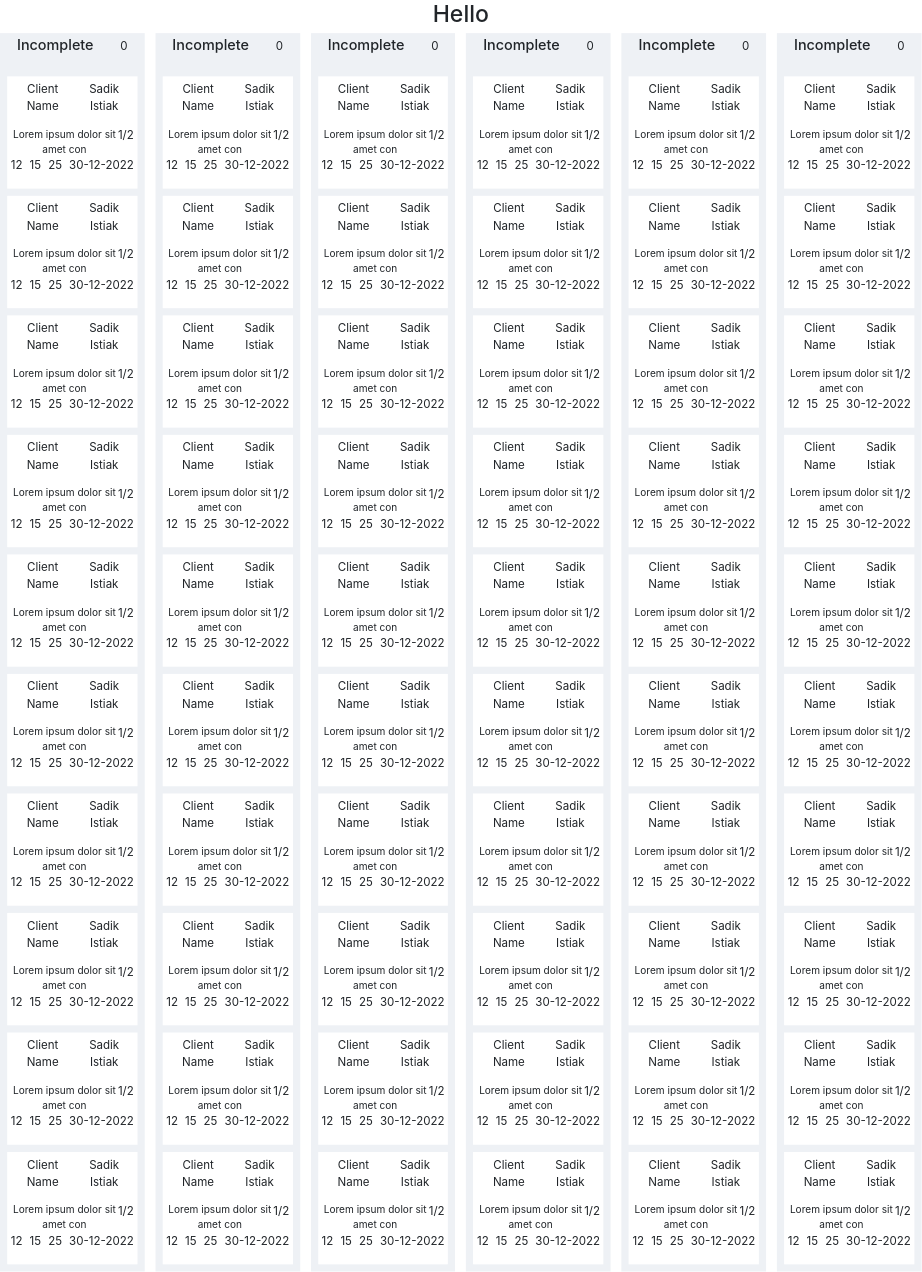
Repository: Sharif-00112/dashboard-task-frontend
Page: /
The author's editor kept a copy of each file at every save. The page is drawn from the files as they stood at one save, then again after the next save.
The browser window is 1280 px wide. The pictures show the whole page, at 72% of full size.
The project was rebuilt for these pictures with package versions that can differ from the ones it lists, and the page was loaded fresh each time.

Above is the page before, as saved 2023-01-28 20:44:32.

### src/index.js
import React from 'react';
import 'bootstrap/dist/css/bootstrap.css';
import ReactDOM from 'react-dom/client';
import './index.css';
import App from './App';
import reportWebVitals from './reportWebVitals';

const root = ReactDOM.createRoot(document.getElementById('root'));
root.render(
  <React.StrictMode>
    <App />
  </React.StrictMode>
);

// If you want to start measuring performance in your app, pass a function
// to log results (for example: reportWebVitals(console.log))
// or send to an analytics endpoint. Learn more: https://bit.ly/CRA-vitals
reportWebVitals();

### src/App.js
import './App.css';
import Dashboard from './Components/Dashboard';

function App() {
  return (
    <div className="App">

      <h2>Hello</h2>
      <Dashboard></Dashboard>
    </div>
  );
}

export default App;

### src/Components/Dashboard.js
import React from 'react';
import Incomplete from './Incomplete';

const Dashboard = () => {
    return (
        <div className='dashboard'>
            <Incomplete></Incomplete>
            <Incomplete></Incomplete>
            <Incomplete></Incomplete>
            <Incomplete></Incomplete>
            <Incomplete></Incomplete>
            <Incomplete></Incomplete>
        </div>
    );
};

export default Dashboard;

### src/Components/Incomplete.js
import React, { useState } from 'react';
import { useEffect } from 'react';
import './styles.css';
import Task from './Task';

const Incomplete = () => {
    const [tasks, setTasks] = useState([]);
    useEffect( ()=> {
        fetch('./tasks.JSON')
        .then(res => res.json())
        .then(data => setTasks(data))
    } ,[])
    return (
        <div className='background'>
            <div className="task-title">
                <h5>Incomplete</h5>
                <p>0</p>
            </div>
            <div className="section-container">
                <div className="task-container">
                    {
                        tasks.map(task => <Task
                            key={task.taskNo}
                            task={task}
                        ></Task>)
                    }
                </div>
            </div>
        </div>
    );
};

export default Incomplete;

### src/Components/styles.css
.background{
    background-color: rgb(238, 241, 245);
}

.scrolling-y{
    overflow-y: scroll;
}

.task-part{
    display: flex;
    justify-content: space-between;
}

.task-title{
    display: flex;
    justify-content: space-around;
    padding: 5px;
}

.task{
    background-color: white;
    margin: 10px;
    padding: 5px;
}

.dashboard{
    display: grid;
    grid-template-columns: 1fr 1fr 1fr 1fr 1fr 1fr;
    grid-gap: 15px;
}

### src/Components/Task.js
import React from 'react';
import './styles.css';

const Task = (props) => {
    const {clientName, clientImg, supervisorName, supervisorImg, taskSummary, progress, staff1Img, staff2Img, modules, message, attachment, date} = props.task;
    return (
        <div className='task'>
            <div className="task-part">
                <p>{clientName}</p>
                <p>{supervisorName}</p>
            </div>
            <div className="task-part">
                <small>{taskSummary.substring(0,30)}</small>
                <p>{progress}</p>
            </div>
            <div className="task-part">
                <p>{modules}</p>
                <p>{message}</p>
                <p>{attachment}</p>
                <p>{date}</p>
            </div>
        </div>
    );
};

export default Task;

### public/tasks.JSON
[
  {
    "taskNo": 1,
    "clientName": "Client Name",
    "clientImg": "clientIMG.jpg",
    "supervisorName": "Sadik Istiak",
    "supervisorImg": "supervisorIMG.jpg",
    "taskSummary": "Lorem ipsum dolor sit amet consectetur adipisicing elit. Pariatur velit nemo accusamus. Dolorum, doloribus quisquam unde repellat iusto voluptatum quasi?",
    "progress": "1/2",
    "staff1Img": "staff1.jpg",
    "staff2Img": "staff2.jpg",
    "modules": 12,
    "message": 15,
    "attachment": 25,
    "date": "30-12-2022"
  },
  {
    "taskNo": 2,
    "clientName": "Client Name",
    "clientImg": "clientIMG.jpg",
    "supervisorName": "Sadik Istiak",
    "supervisorImg": "supervisorIMG.jpg",
    "taskSummary": "Lorem ipsum dolor sit amet consectetur adipisicing elit. Pariatur velit nemo accusamus. Dolorum, doloribus quisquam unde repellat iusto voluptatum quasi?",
    "progress": "1/2",
    "staff1Img": "staff1.jpg",
    "staff2Img": "staff2.jpg",
    "modules": 12,
    "message": 15,
    "attachment": 25,
    "date": "30-12-2022"
  },
  {
    "taskNo": 3,
    "clientName": "Client Name",
    "clientImg": "clientIMG.jpg",
    "supervisorName": "Sadik Istiak",
    "supervisorImg": "supervisorIMG.jpg",
    "taskSummary": "Lorem ipsum dolor sit amet consectetur adipisicing elit. Pariatur velit nemo accusamus. Dolorum, doloribus quisquam unde repellat iusto voluptatum quasi?",
    "progress": "1/2",
    "staff1Img": "staff1.jpg",
    "staff2Img": "staff2.jpg",
    "modules": 12,
    "message": 15,
    "attachment": 25,
    "date": "30-12-2022"
  },
  {
    "taskNo": 4,
    "clientName": "Client Name",
    "clientImg": "clientIMG.jpg",
    "supervisorName": "Sadik Istiak",
    "supervisorImg": "supervisorIMG.jpg",
    "taskSummary": "Lorem ipsum dolor sit amet consectetur adipisicing elit. Pariatur velit nemo accusamus. Dolorum, doloribus quisquam unde repellat iusto voluptatum quasi?",
    "progress": "1/2",
    "staff1Img": "staff1.jpg",
    "staff2Img": "staff2.jpg",
    "modules": 12,
    "message": 15,
    "attachment": 25,
    "date": "30-12-2022"
  },
  {
    "taskNo": 5,
    "clientName": "Client Name",
    "clientImg": "clientIMG.jpg",
    "supervisorName": "Sadik Istiak",
    "supervisorImg": "supervisorIMG.jpg",
    "taskSummary": "Lorem ipsum dolor sit amet consectetur adipisicing elit. Pariatur velit nemo accusamus. Dolorum, doloribus quisquam unde repellat iusto voluptatum quasi?",
    "progress": "1/2",
    "staff1Img": "staff1.jpg",
    "staff2Img": "staff2.jpg",
    "modules": 12,
    "message": 15,
    "attachment": 25,
    "date": "30-12-2022"
  },
  {
    "taskNo": 6,
    "clientName": "Client Name",
    "clientImg": "clientIMG.jpg",
    "supervisorName": "Sadik Istiak",
    "supervisorImg": "supervisorIMG.jpg",
    "taskSummary": "Lorem ipsum dolor sit amet consectetur adipisicing elit. Pariatur velit nemo accusamus. Dolorum, doloribus quisquam unde repellat iusto voluptatum quasi?",
    "progress": "1/2",
    "staff1Img": "staff1.jpg",
    "staff2Img": "staff2.jpg",
    "modules": 12,
    "message": 15,
    "attachment": 25,
    "date": "30-12-2022"
  },
  {
    "taskNo": 7,
    "clientName": "Client Name",
    "clientImg": "clientIMG.jpg",
    "supervisorName": "Sadik Istiak",
    "supervisorImg": "supervisorIMG.jpg",
    "taskSummary": "Lorem ipsum dolor sit amet consectetur adipisicing elit. Pariatur velit nemo accusamus. Dolorum, doloribus quisquam unde repellat iusto voluptatum quasi?",
    "progress": "1/2",
    "staff1Img": "staff1.jpg",
    "staff2Img": "staff2.jpg",
    "modules": 12,
    "message": 15,
    "attachment": 25,
    "date": "30-12-2022"
  },
  {
    "taskNo": 8,
    "clientName": "Client Name",
    "clientImg": "clientIMG.jpg",
    "supervisorName": "Sadik Istiak",
    "supervisorImg": "supervisorIMG.jpg",
    "taskSummary": "Lorem ipsum dolor sit amet consectetur adipisicing elit. Pariatur velit nemo accusamus. Dolorum, doloribus quisquam unde repellat iusto voluptatum quasi?",
    "progress": "1/2",
    "staff1Img": "staff1.jpg",
    "staff2Img": "staff2.jpg",
    "modules": 12,
    "message": 15,
    "attachment": 25,
    "date": "30-12-2022"
  },
  {
    "taskNo": 9,
    "clientName": "Client Name",
    "clientImg": "clientIMG.jpg",
    "supervisorName": "Sadik Istiak",
    "supervisorImg": "supervisorIMG.jpg",
    "taskSummary": "Lorem ipsum dolor sit amet consectetur adipisicing elit. Pariatur velit nemo accusamus. Dolorum, doloribus quisquam unde repellat iusto voluptatum quasi?",
    "progress": "1/2",
    "staff1Img": "staff1.jpg",
    "staff2Img": "staff2.jpg",
    "modules": 12,
    "message": 15,
    "attachment": 25,
    "date": "30-12-2022"
  },
  {
    "taskNo": 10,
    "clientName": "Client Name",
    "clientImg": "clientIMG.jpg",
    "supervisorName": "Sadik Istiak",
    "supervisorImg": "supervisorIMG.jpg",
    "taskSummary": "Lorem ipsum dolor sit amet consectetur adipisicing elit. Pariatur velit nemo accusamus. Dolorum, doloribus quisquam unde repellat iusto voluptatum quasi?",
    "progress": "1/2",
    "staff1Img": "staff1.jpg",
    "staff2Img": "staff2.jpg",
    "modules": 12,
    "message": 15,
    "attachment": 25,
    "date": "30-12-2022"
  }
]

Loaded but not shown: public/index.html (common file); src/index.css (common file); src/reportWebVitals.js (common file); src/App.css (common file)

After the next save:
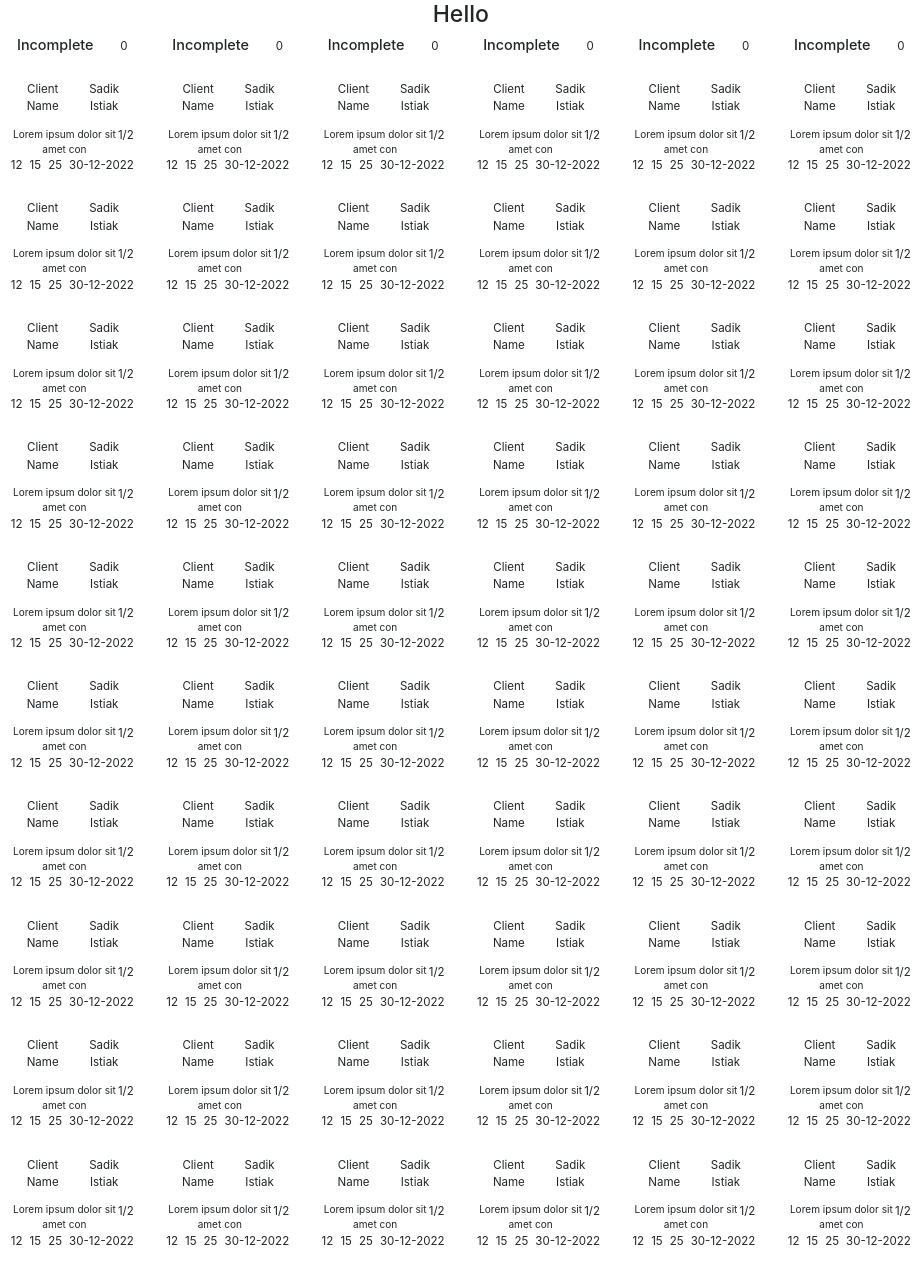
Saved 12 s later.
--- a/src/Components/Incomplete.js
+++ b/src/Components/Incomplete.js
@@ -11,7 +11,7 @@
         .then(data => setTasks(data))
     } ,[])
     return (
-        <div className='background'>
+        <div className='background, scrolling-y'>
             <div className="task-title">
                 <h5>Incomplete</h5>
                 <p>0</p>

After the 2 saves that followed:
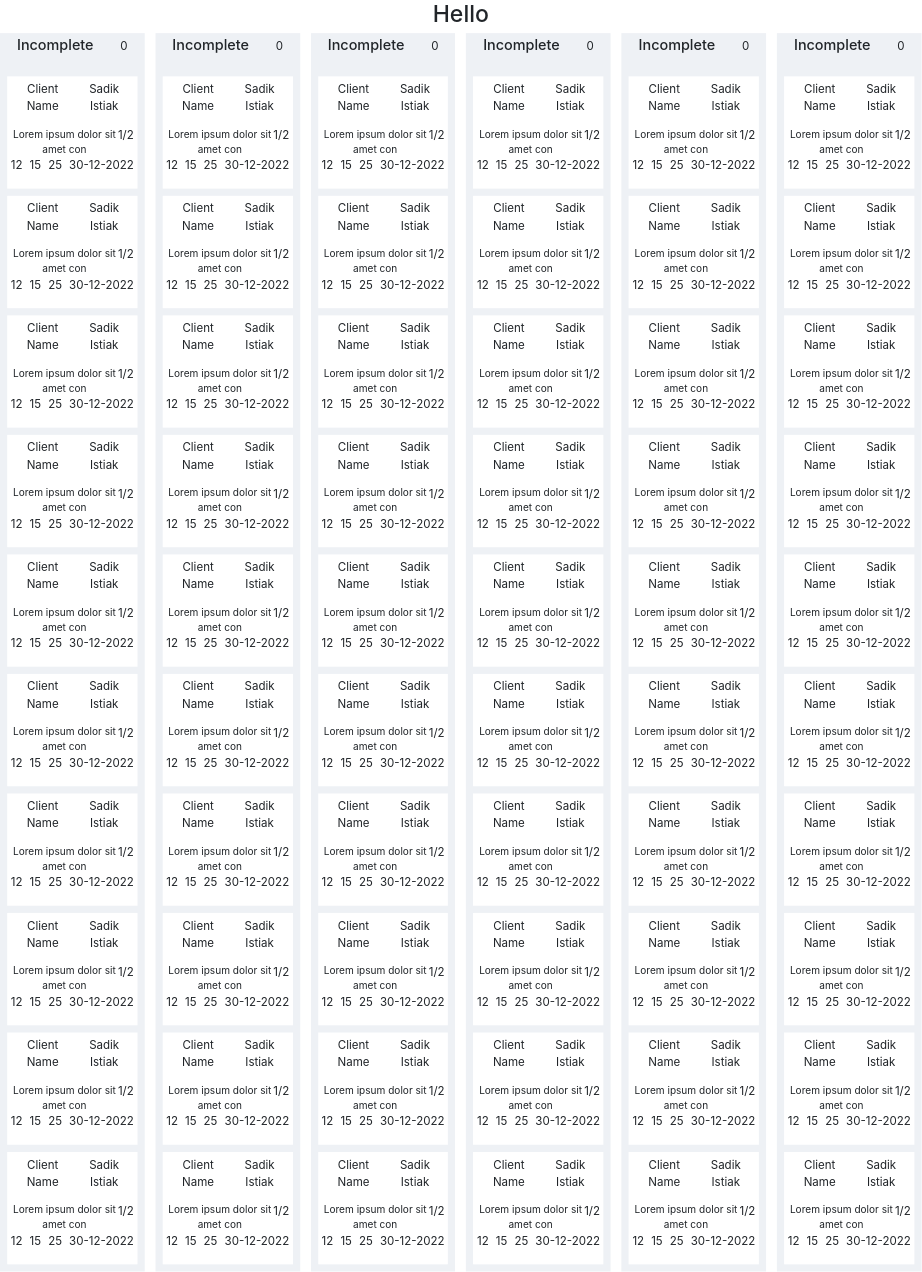
The 2 saves are shown as one change because 1 left the picture as it was.
The last was saved 45 s later.
--- a/src/Components/Incomplete.js
+++ b/src/Components/Incomplete.js
@@ -11,7 +11,7 @@
         .then(data => setTasks(data))
     } ,[])
     return (
-        <div className='background, scrolling-y'>
+        <div className='background scrolling-y'>
             <div className="task-title">
                 <h5>Incomplete</h5>
                 <p>0</p>
--- a/src/Components/styles.css
+++ b/src/Components/styles.css
@@ -2,9 +2,9 @@
     background-color: rgb(238, 241, 245);
 }
 
-.scrolling-y{
+/* .scrolling-y{
     overflow-y: scroll;
-}
+} */
 
 .task-part{
     display: flex;
